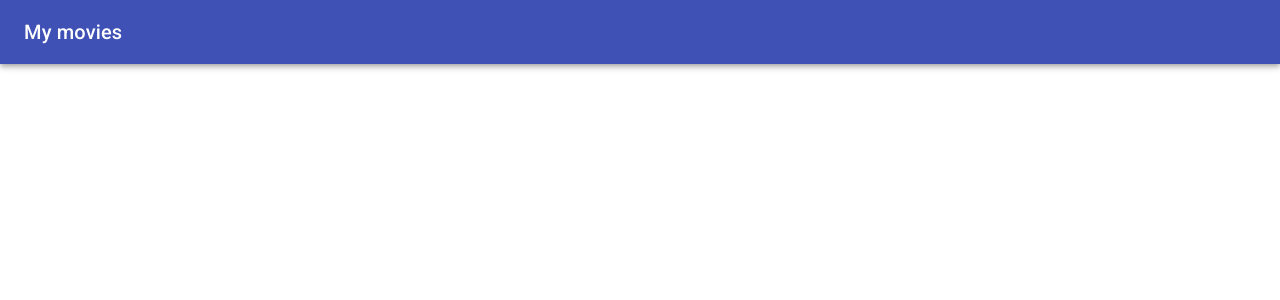
Repository: baodien1405/movie-app
Page: /
An editor plug-in stored every save of this project. The page is shown before and after the next save, followed by the edit.
The browser window is 1280 px wide. The pictures show the whole page.
The project was rebuilt for these pictures with package versions that can differ from the ones it lists, and the page was loaded fresh each time.

Above is the page before, as saved 2021-06-01 18:03:27.

### src/App.tsx
import React from 'react';
import Navbar from './components/Navbar/Navbar.component';

import './App.css';

function App() {
  return (
    <div className="App">
      <Navbar />
    </div>
  );
}

export default App;

### src/components/Navbar/Navbar.component.tsx
import React from 'react';
import { AppBar, Box, Toolbar, Typography } from "@material-ui/core";

function Navbar() {
  return (
    <AppBar position="relative" color="primary">
      <Toolbar>
        <Box display="flex" justifyContent="center" alignItems="center">
          <Typography variant="h6">My movies</Typography>
        </Box>
      </Toolbar>
    </AppBar>
  );
}

export default Navbar;

Loaded but not shown: public/index.html (common file); src/index.tsx (common file); src/index.css (common file); src/reportWebVitals.ts (common file); src/App.css (common file)

After the next save:
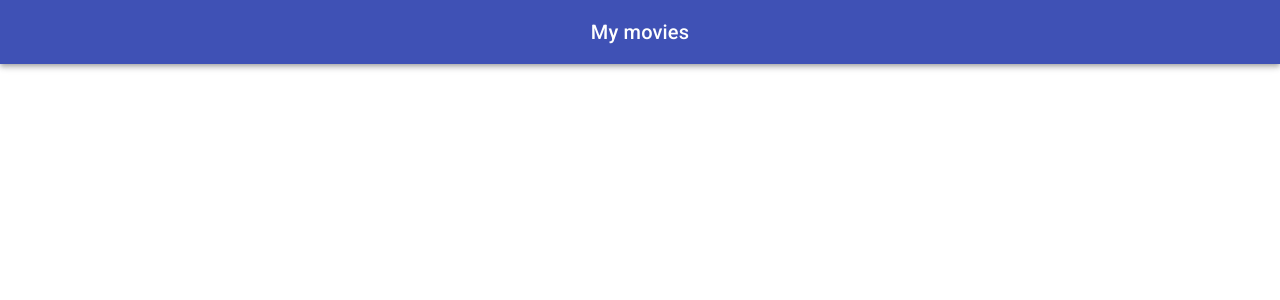
Saved 62 s later.
--- a/src/components/Navbar/Navbar.component.tsx
+++ b/src/components/Navbar/Navbar.component.tsx
@@ -5,7 +5,7 @@
   return (
     <AppBar position="relative" color="primary">
       <Toolbar>
-        <Box display="flex" justifyContent="center" alignItems="center">
+        <Box display="flex" justifyContent="center" alignItems="center" width={1} py={2}>
           <Typography variant="h6">My movies</Typography>
         </Box>
       </Toolbar>

After the 2 saves that followed:
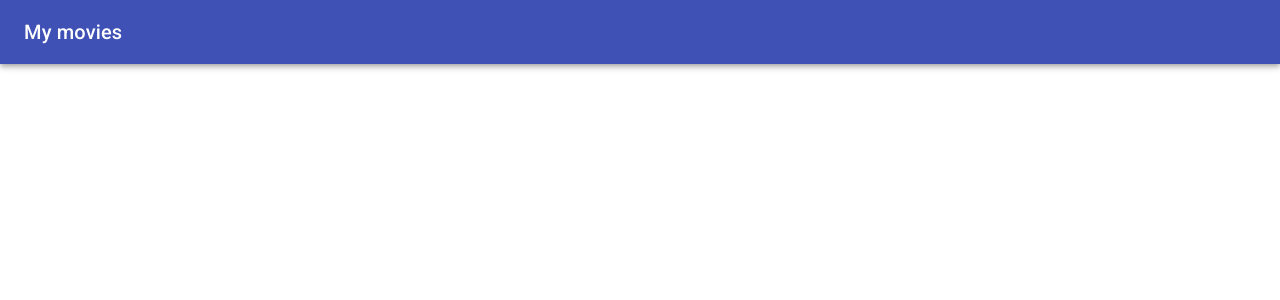
The 2 saves are shown as one change because 1 left the picture as it was.
The last was saved 2 min 1 s later.
--- a/src/App.tsx
+++ b/src/App.tsx
@@ -5,7 +5,7 @@ import './App.css';
 
 function App() {
   return (
-    <div className="App">
+    <div>
       <Navbar />
     </div>
   );
--- a/src/components/Navbar/Navbar.component.tsx
+++ b/src/components/Navbar/Navbar.component.tsx
@@ -5,7 +5,7 @@
   return (
     <AppBar position="relative" color="primary">
       <Toolbar>
-        <Box display="flex" justifyContent="center" alignItems="center" width={1} py={2}>
+        <Box display="flex" justifyContent="space-between" alignItems="center" width={1} py={2}>
           <Typography variant="h6">My movies</Typography>
         </Box>
       </Toolbar>
